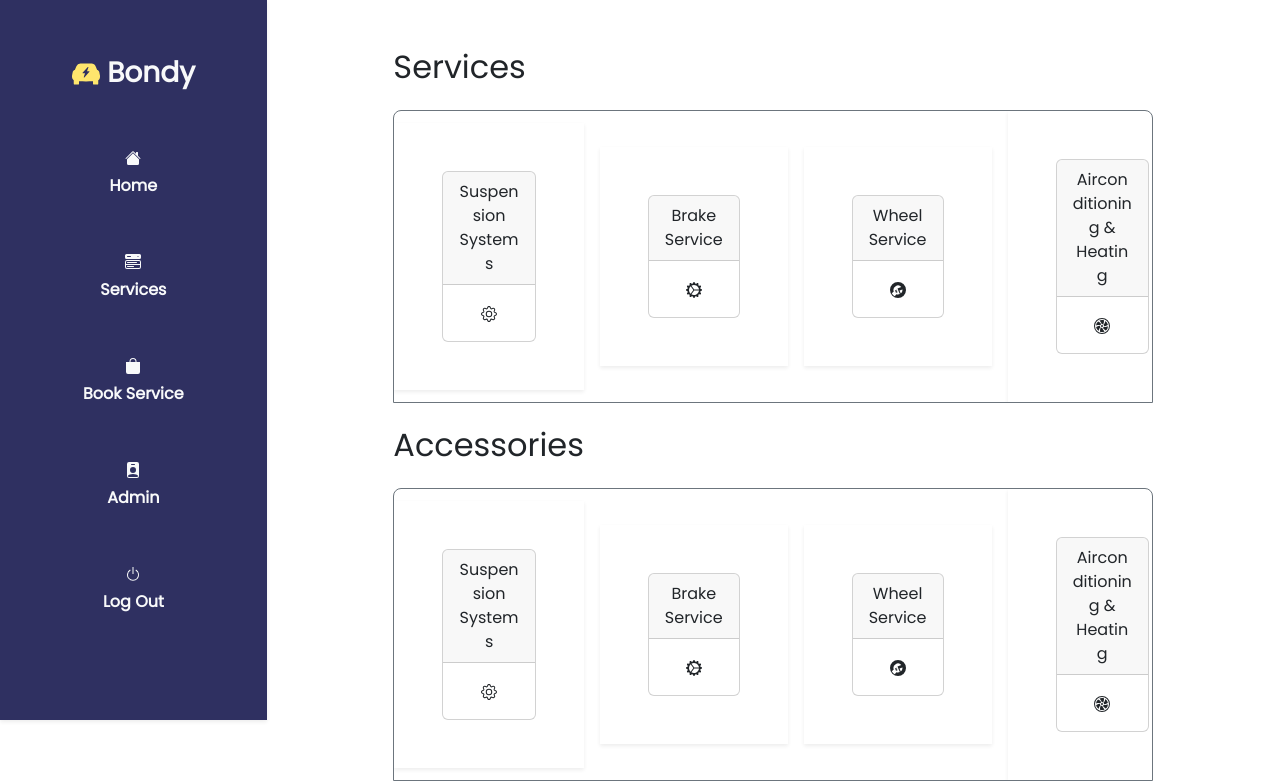
Repository: duzzisantos/bondy
Page: /
These files come from the project's save history. The page is drawn as it stood at one moment and after the next save; the edit follows.
The browser window is 1280 px wide. The pictures show the whole page.
Some web libraries are served in a nearby version. The project was rebuilt for these pictures with package versions that can differ from the ones it lists, and the page was loaded fresh each time.

Above is the page before, as saved 2023-06-18 00:52:49.

### public/index.html
<!DOCTYPE html>
<html lang="en">
  <head>
    <meta charset="utf-8" />
    <link rel="icon" href="%PUBLIC_URL%/favicon.ico" />
    <meta name="viewport" content="width=device-width, initial-scale=1" />
    <meta name="theme-color" content="#000000" />
    <meta
      name="description"
      content="Web site created using create-react-app"
    />
    <link rel="apple-touch-icon" href="%PUBLIC_URL%/logo192.png" />
    <!-- Option 1: Include in HTML -->
    <link
      rel="stylesheet"
      href="https://cdn.jsdelivr.net/npm/bootstrap-icons@1.3.0/font/bootstrap-icons.css"
    />
    <link rel="preconnect" href="https://fonts.googleapis.com" />
    <link rel="preconnect" href="https://fonts.gstatic.com" crossorigin />
    <!--
      manifest.json provides metadata used when your web app is installed on a
      user's mobile device or desktop. See https://developers.google.com/web/fundamentals/web-app-manifest/
    -->
    <link rel="manifest" href="%PUBLIC_URL%/manifest.json" />
    <!--
      Notice the use of %PUBLIC_URL% in the tags above.
      It will be replaced with the URL of the `public` folder during the build.
      Only files inside the `public` folder can be referenced from the HTML.

      Unlike "/favicon.ico" or "favicon.ico", "%PUBLIC_URL%/favicon.ico" will
      work correctly both with client-side routing and a non-root public URL.
      Learn how to configure a non-root public URL by running `npm run build`.
    -->
    <title>React App</title>
  </head>
  <body>
    <noscript>You need to enable JavaScript to run this app.</noscript>
    <div id="root"></div>
    <!--
      This HTML file is a template.
      If you open it directly in the browser, you will see an empty page.

      You can add webfonts, meta tags, or analytics to this file.
      The build step will place the bundled scripts into the <body> tag.

      To begin the development, run `npm start` or `yarn start`.
      To create a production bundle, use `npm run build` or `yarn build`.
    -->
  </body>
</html>

### src/index.js
import React from "react";
import ReactDOM from "react-dom/client";
import "./index.css";
import App from "./App";
import "bootstrap/dist/css/bootstrap.min.css";
import { BrowserRouter as Router } from "react-router-dom";

const root = ReactDOM.createRoot(document.getElementById("root"));
root.render(
  <React.StrictMode>
    <Router>
      <App />
    </Router>
  </React.StrictMode>
);

### src/App.js
import "./App.css";
import "bootstrap";
import SideBar from "./components/Navigation/SideBar";
import { Routes, Route } from "react-router-dom";
import LandingPage from "./views/LandingPage";
function App() {
  return (
    <div className="App d-flex flex-row flex-nowrap">
      <SideBar />
      <Routes>
        <Route path="/" element={<LandingPage />} />
        <Route path="/home" element={<LandingPage />} />
      </Routes>
    </div>
  );
}

export default App;

### src/App.css
@import url("https://fonts.googleapis.com/css2?family=Cabin&family=Montserrat:wght@200&family=Poppins&display=swap");

* {
  font-family: "Poppins", sans-serif;
}
.App {
  text-align: center;
}

.custom-color {
  color: #2f3061 !important;
}

.custom-bg-color {
  background-color: #2f3061;
}

### src/components/Navigation/SideBar.tsx
import React, { FunctionComponent } from "react";
import "react-bootstrap";
import "../../App.css";
import "./Navigation.scss";
import { Link } from "react-router-dom";
import {
  HouseFill,
  BagFill,
  PersonBadgeFill,
  Power,
  EvFrontFill,
  MenuButtonWideFill,
} from "react-bootstrap-icons";

const commonLinkClasses =
  "d-flex flex-column justify-content-center align-items-center p-1 gap-2 text-light text-decoration-none fw-bold";
const SideBar: FunctionComponent = () => {
  return (
    <div className="col-2 vh-100 custom-bg-color shadow-sm p-5 text-light d-flex flex-column vstack gap-5">
      <Link to={"/"} className={commonLinkClasses + " fs-3"}>
        <span>
          <EvFrontFill className="brand-icon-color" /> Bondy
        </span>
      </Link>
      <Link to={"/home"} className={commonLinkClasses}>
        <HouseFill />
        Home
      </Link>

      <Link to={"/services"} className={commonLinkClasses}>
        <MenuButtonWideFill />
        Services
      </Link>

      <Link to={"/book-service"} className={commonLinkClasses}>
        <BagFill />
        Book Service
      </Link>

      <Link to={"/admin"} className={commonLinkClasses}>
        <PersonBadgeFill />
        Admin
      </Link>

      <Link to={"/logout"} className={commonLinkClasses}>
        <Power />
        Log Out
      </Link>
    </div>
  );
};

export default SideBar;

### src/views/LandingPage.tsx
import React, { FunctionComponent } from "react";
import "../components/Home/LandingPage.scss";
import LandingPageScrollContainer from "src/components/Home/LandingPageScrollContainer";
import { servicesList } from "src/components/Home/landingPageContent";

const LandingPage: FunctionComponent = () => {
  const handleClick = () => {
    console.log("This was clicked");
  };
  return (
    <div className="col-lg-9 pt-5 vstack gap-5 d-flex flex-column align-items-center">
      <LandingPageScrollContainer
        content={servicesList}
        category="Services"
        handleClick={handleClick}
      />
      <LandingPageScrollContainer
        content={servicesList}
        category="Accessories"
        handleClick={handleClick}
      />
    </div>
  );
};

export default LandingPage;

### src/components/Navigation/Navigation.scss
.brand-icon-color {
  color: #ffe66d !important;
}

### src/components/Home/LandingPage.scss
.scroll-container-fixed {
  position: fixed !important;
}

.scroll-container-size {
  height: 330px !important;
}

.service-card {
  height: 270px !important;
}

### src/components/Home/LandingPageScrollContainer.tsx
import React, { FunctionComponent } from "react";
import "../../App.css";
import { Card } from "react-bootstrap";
import { Link } from "react-router-dom";

interface ScrollContainerProps {
  content: any[];
  category: string;
  handleClick: any;
}
const LandingPageScrollContainer: FunctionComponent<ScrollContainerProps> = ({
  content,
  category,
  handleClick,
}) => {
  return (
    <section className="col-9 scroll-container-size">
      <h2 className="text-start mb-4">{category}</h2>
      <div className="overflow-x-scroll d-flex flex-row hstack gap-3 border border-secondary rounded-3 rounded-bottom-0">
        {content.map((element, index) => (
          <Link
            to={`/services/${element.category}`}
            key={index}
            className="text-decoration-none text-dark w-25 p-5 shadow-sm"
            onClick={handleClick}
          >
            <Card>
              <Card.Header className="text-dark">
                {element.category}
              </Card.Header>
              <Card.Body>{element.icon}</Card.Body>
            </Card>
          </Link>
        ))}
      </div>
    </section>
  );
};

export default LandingPageScrollContainer;

### src/components/Home/landingPageContent.tsx
import React from "react";
import {
  Gear,
  GearWideConnected,
  WrenchAdjustableCircleFill,
  Fan,
  DropletHalf,
  CarFrontFill,
} from "react-bootstrap-icons";
export const servicesList = [
  {
    id: 1,
    category: "Suspension Systems",
    icon: <Gear />,
  },
  {
    id: 2,
    category: "Brake Service",
    icon: <GearWideConnected />,
  },
  {
    id: 3,
    category: "Wheel Service",
    icon: <WrenchAdjustableCircleFill />,
  },
  {
    id: 4,
    category: "Airconditioning & Heating",
    icon: <Fan />,
  },
  {
    id: 5,
    category: "Oil Change",
    icon: <DropletHalf />,
  },
  {
    id: 6,
    category: "Body Work",
    icon: <CarFrontFill />,
  },
];

Loaded but not shown: src/index.css (common file)

After the next save:
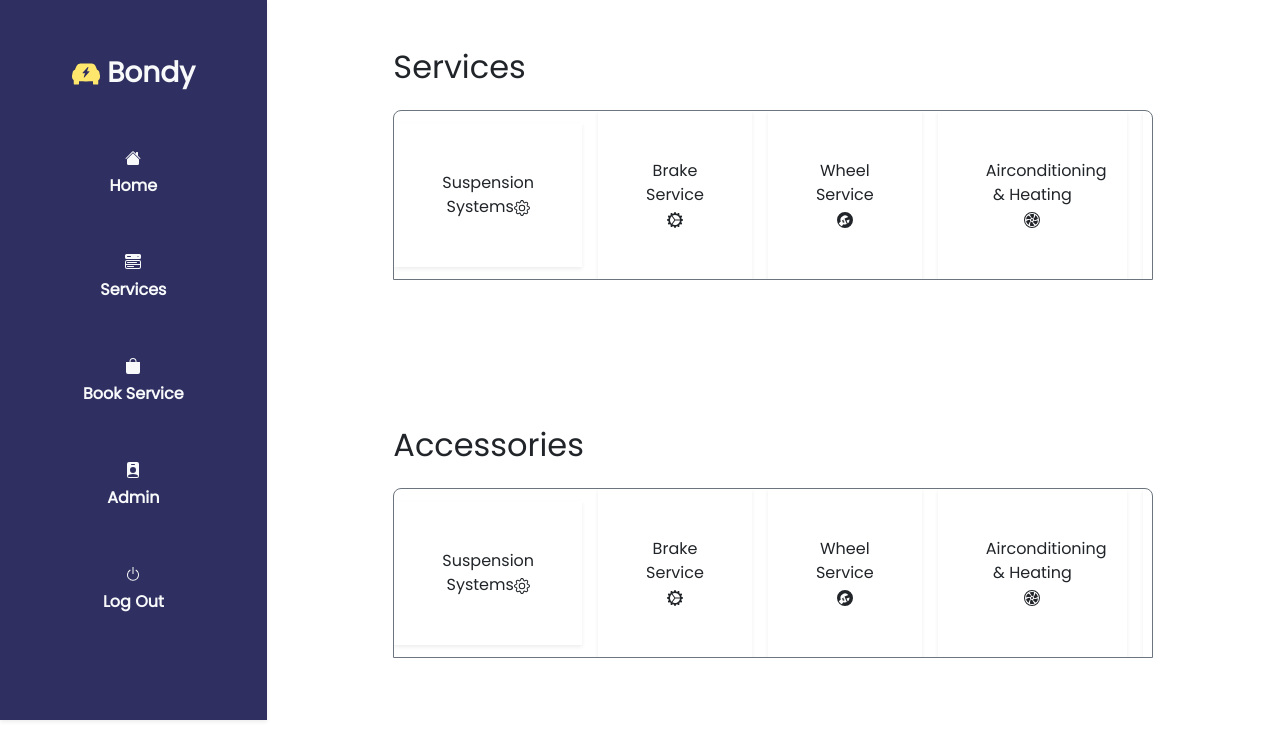
Saved 65 s later.
--- a/src/components/Home/LandingPageScrollContainer.tsx
+++ b/src/components/Home/LandingPageScrollContainer.tsx
@@ -24,12 +24,9 @@ const LandingPageScrollContainer: FunctionComponent<ScrollContainerProps> = ({
             className="text-decoration-none text-dark w-25 p-5 shadow-sm"
             onClick={handleClick}
           >
-            <Card>
-              <Card.Header className="text-dark">
-                {element.category}
-              </Card.Header>
-              <Card.Body>{element.icon}</Card.Body>
-            </Card>
+            <span>{element.category}</span>
+
+            <span>{element.icon}</span>
           </Link>
         ))}
       </div>
